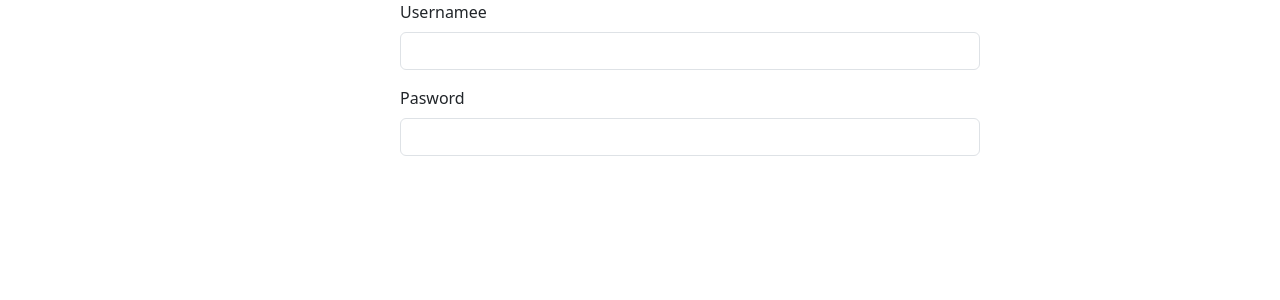
Repository: manit4/cris_batch2
Page: http://localhost/jsp_security/views/index.jsp
An editor plug-in stored every save of this project. The page is shown before and after the next save, followed by the edit.
The browser window is 1280 px wide. The pictures show the whole page.
The page is served by Tomcat 9.

Above is the page before, as saved 2024-03-01 05:07:12.

After the next save:
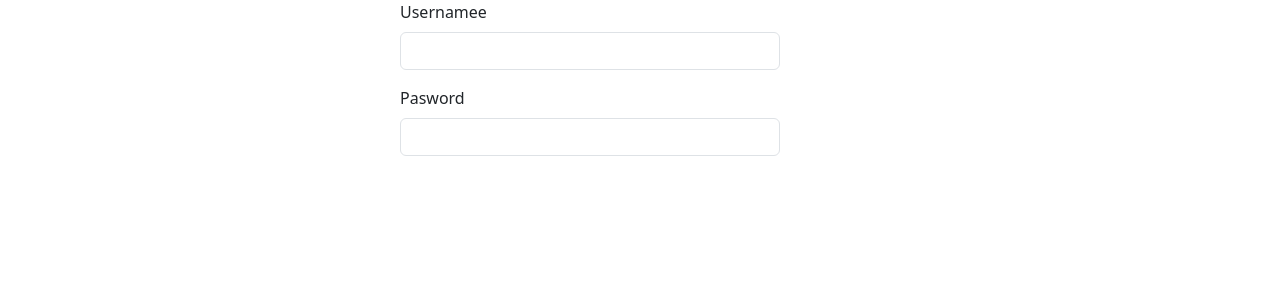
Saved 7 s later.
--- a/jsp_security/src/main/webapp/views/index.jsp
+++ b/jsp_security/src/main/webapp/views/index.jsp
@@ -13,7 +13,7 @@
 	crossorigin="anonymous">
 </head>
 <body>
-<div style="margin-left: 400px; margin-right: 300px">
+<div style="margin-left: 400px; margin-right: 500px">
 	<div class="mb-3">
 		<label class="form-label">Usernamee
 			</label> <input type="text" class="form-control">
